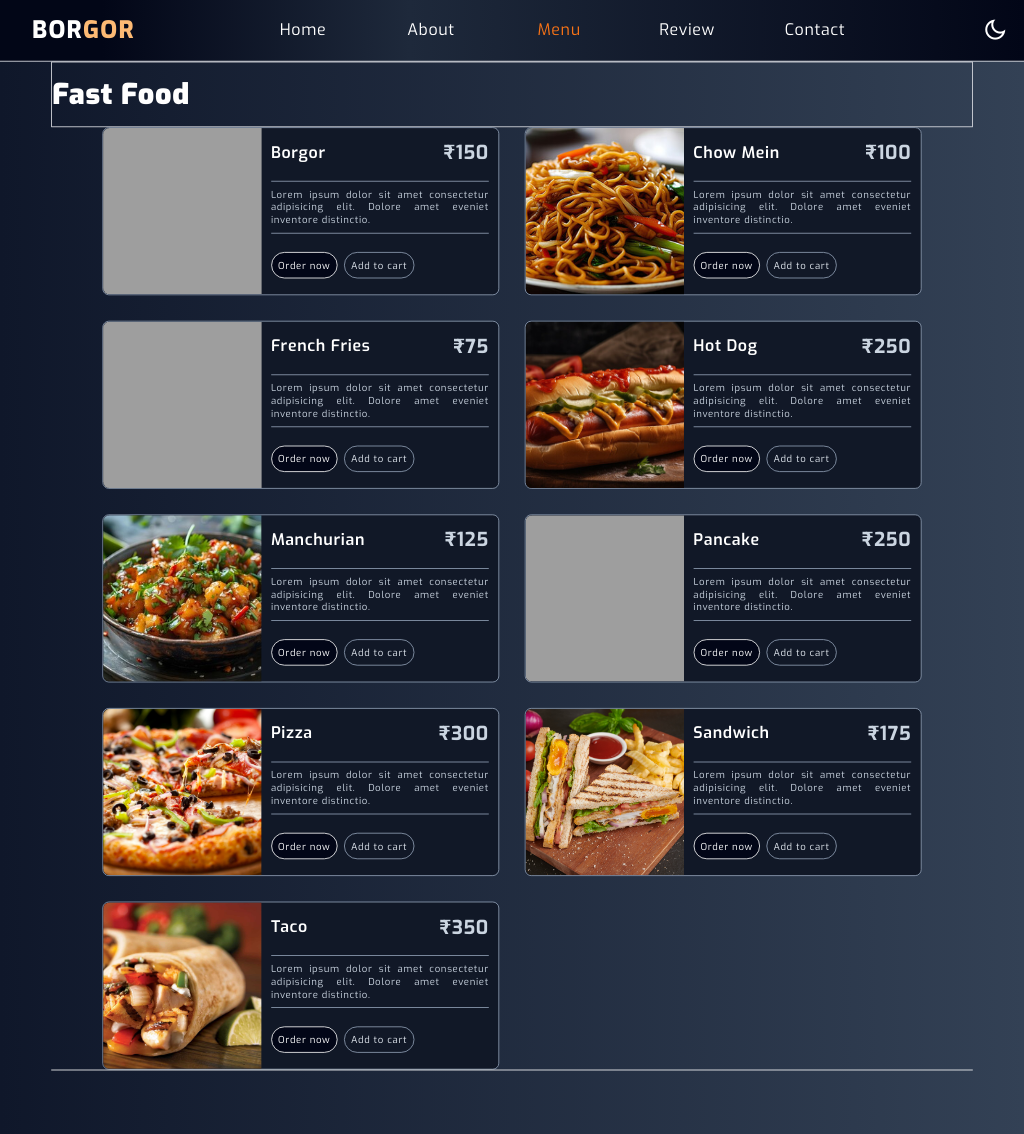
Repository: S4hil-Yadav/tailwind-frontend
Page: src/website.html
The author's editor kept a copy of each file at every save. The page is drawn from the files as they stood at one save, then again after the next save.
The browser window is 1280 px wide. The pictures show the whole page, at 80% of full size.
Pictures or frames that could not be fetched are drawn as grey boxes.

Above is the page before, as saved 2024-06-09 08:09:29.

After the next save:
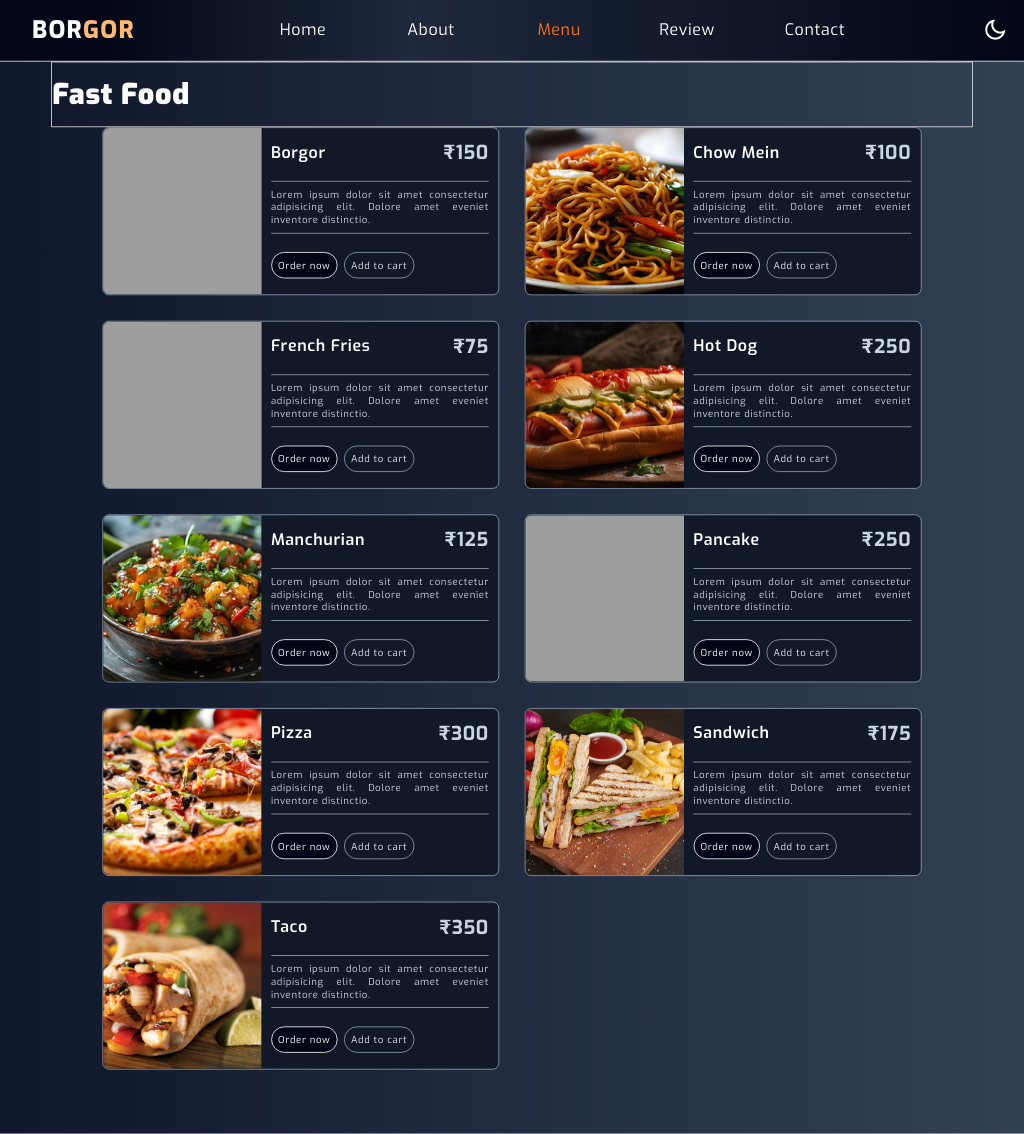
Saved 42 s later.
--- a/src/website.html
+++ b/src/website.html
@@ -454,7 +454,7 @@
 
       <!-- End -->
       <div
-        class="mx-[5%] mt-14 basis-full border-b border-dashed border-white"
+        class="mx-[5%] mt-14 basis-full border-t border-dashed border-white"
       ></div>
     </section>
 

After the save that followed:
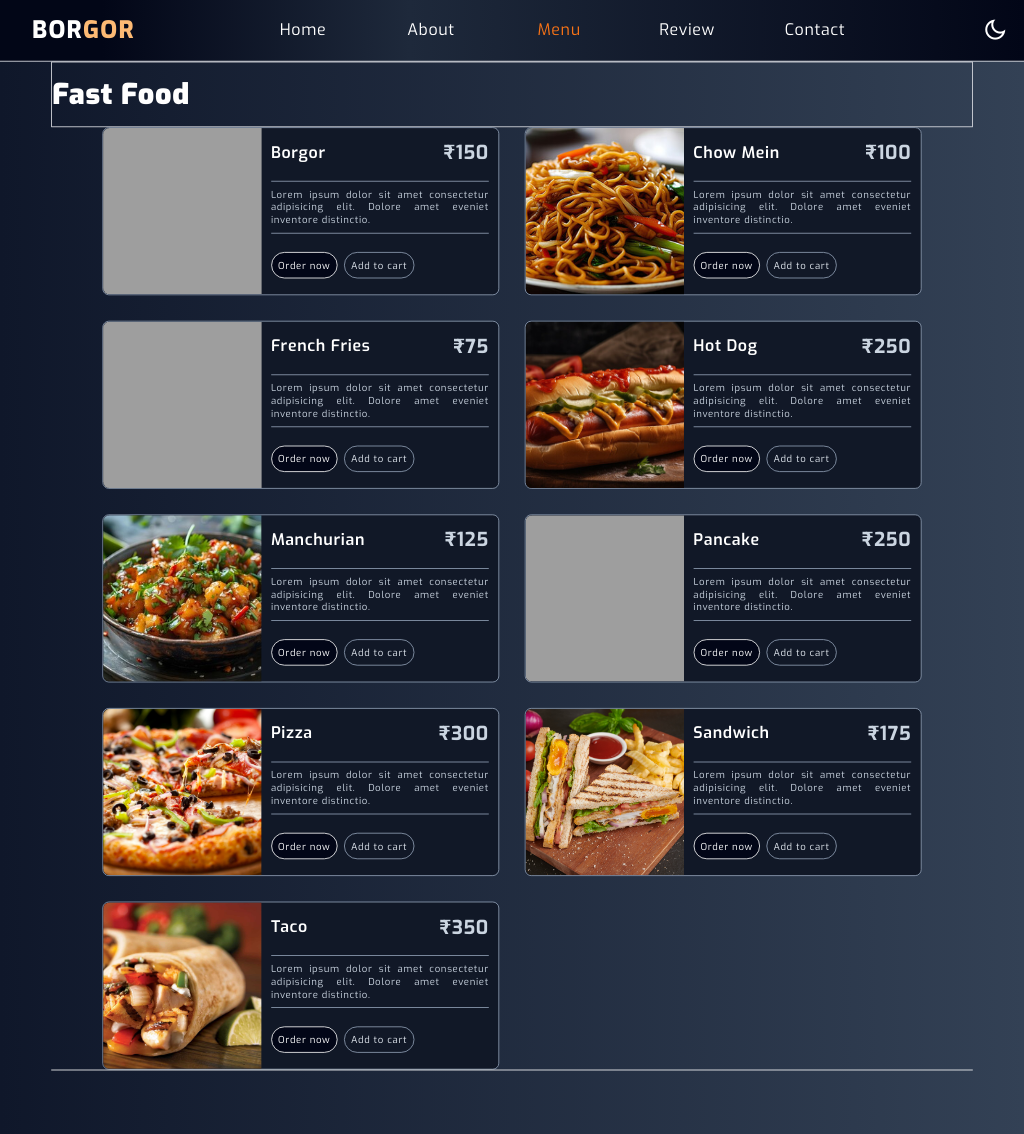
Saved 2 min 33 s later.
--- a/src/website.html
+++ b/src/website.html
@@ -454,7 +454,7 @@
 
       <!-- End -->
       <div
-        class="mx-[5%] mt-14 basis-full border-t border-dashed border-white"
+        class="mx-[5%] mt-14 basis-full border-b border-dashed border-white"
       ></div>
     </section>
 
